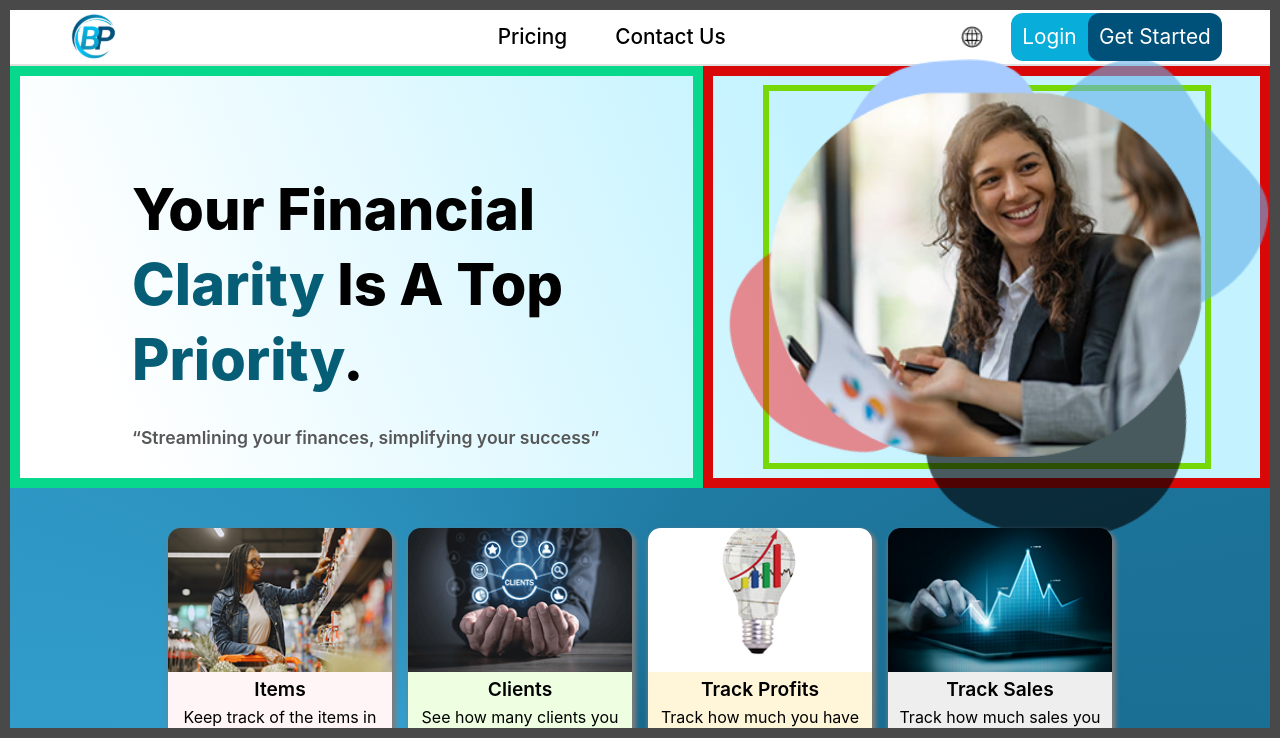
Repository: dark-txch/Bizpadi
Page: /
These files come from the project's save history. The page is drawn as it stood at one moment and after the next save; the edit follows.
The browser window is 1280 px wide. The pictures show the whole page.
The project was rebuilt for these pictures with package versions that can differ from the ones it lists, and the page was loaded fresh each time. Also part of the build but not shown: vite.config.js, src/components/ErrorBoundary.jsx, src/components/LandingPage/PricingPage/Pricing.jsx, src/components/LandingPage/LogInPage/LogIn.jsx.

Above is the page before, as saved 2025-04-09 20:05:15.

### index.html
<!DOCTYPE html>
<html lang="en">
	<head>
		<meta charset="UTF-8" />
		<link rel="icon" type="image/svg+xml" href="/public/logo.svg" />
		<meta name="viewport" content="width=device-width, initial-scale=1.0" />
		<title>Bizpadi</title>
	</head>
	<body>
		<div id="root"></div>
		<script type="module" src="/src/main.jsx"></script>
	</body>
</html>

### src/index.css
:root {
	font-family: system-ui, Avenir, Helvetica, Arial, sans-serif;
	line-height: 1.5;
	font-weight: 400;
	font-size: 16px;

	color-scheme: light dark;
	color: black;
	background-color: white;

	font-synthesis: none;
	text-rendering: optimizeLegibility;
	-webkit-font-smoothing: antialiased;
	-moz-osx-font-smoothing: grayscale;
}

* {
	box-sizing: border-box;
	padding: 0;
	margin: 0;
	outline: none;
	border: none;
}

body {
	height: 100vh;
	width: 100vw;

	font-family: "inter", sans-serif;
}

a {
	text-decoration: none;
}

@font-face {
	font-family: "MyCustomFont";
	src: url("/fonts/Inter/Inter-Italic-VariableFont_opsz,wght.ttf")
			format("truetype"),
		url("/fonts/Inter/Inter-VariableFont_opsz,wght.ttf") format("truetype");
	font-weight: normal;
	font-style: normal;
}

### src/App.jsx
import "./components/LandingPage/LandingPage.css";
import { BrowserRouter as Router, Routes, Route } from "react-router-dom";
import ErrorBoundary from "./components/ErrorBoundary";
// Upper imports are very important
import Nav from "./components/LandingPage/Nav";
import PricingPage from "./components/LandingPage/PricingPage/Pricing";
import LogInPage from "./components/LandingPage/LogInPage/LogIn";
import MidSection from "./components/LandingPage/MidSection";
import Footer from "./components/LandingPage/Footer";

function LandingPage() {
	return (
		<>
			<div className="landingPageContainer">
				<Nav />
				<MidSection />
				<Footer />
			</div>
		</>
	);
}

function App() {
	return (
		<Router>
			<Routes>
				<Route path="/" element={<LandingPage />} />
				<Route path="/pricing" element={<PricingPage />} />
				<Route path="/login" element={<LogInPage />} />
			</Routes>
		</Router>
	);
}

export default App;

### src/components/LandingPage/LandingPage.css
/* DESKTOP WORKFLOW ------------------------------------------------- */
/* ------------------------------------------------------------------------------- */
/* THIS IS THE LANDING PAGE CONTAINER */
.landingPageContainer {
	width: 100vw;
	min-height: 100vh;
	overflow: hidden;
	font-family: "Inter", sans-serif;
	display: grid;
	grid-template-rows: 3.5rem 1fr 15rem;

	border: 10px solid rgb(73, 73, 73);
}
/* -------------------------------------------------------------------------------------------- */
/* MEDIA QUERY FOR MOBILE PHONES -------------------------------------- */
@media (max-width: 850px) {
	/* MAIN CONTAINER */
	.landingPageContainer {
		width: 100%;
		height: auto;
		grid-template-rows: 3.5rem 1fr;
	}
}

### src/components/LandingPage/Nav.jsx
import { Link } from "react-router-dom";
import "./Nav.css";

export default function Nav() {
	return (
		<>
			<nav className="homepage-nav">
				{/* LOGO CONTAINER */}
				<div className="logo">
					<img src="/assets/icons/logo.svg" alt="Bizpadi icon" />
				</div>

				{/* PRICING AND CONTACT US CONTAINER */}
				<div className="pricingContact">
					<Link to="/pricing">Pricing</Link>
					<a href="#">Contact Us</a>
				</div>

				{/* LOGIN AND GET STARTED CONTAINER*/}
				<div className="loginGetStarted">
					<img src="/assets/icons/world.png" alt="world" />
					<Link to="/login">Login</Link>
					<a href="#">Get Started</a>
				</div>
			</nav>
		</>
	);
}

### src/components/LandingPage/MidSection.jsx
import "./MidSection.css";

export default function MidSection() {
	return (
		// PARENT CONTAINER
		<div className="midSection">
			{/* SECTION HOUSING THE HEADING AND PARAGRAPH */}
			<section className="sectionMotto">
				<div className="headingParagraph">
					<h1>
						Your financial <span>clarity</span> is a top <span>priority</span>.
					</h1>
					<p>“Streamlining your finances, simplifying your success”</p>
				</div>
			</section>

			{/* This is the images section in the mid section */}
			<section className="sectionImagesParent">
				<div className="ImageChildrenWrapper">
					<img src="/assets/images/smiley.png" alt="smiley" />
					<img src="/assets/images/Vector-black.png" alt="vector-black" />
					<img src="/assets/images/Vector-blue.png" alt="vector-blue" />
					<img src="/assets/images/Vector-orange.png" alt="vector-orange" />
					<img src="/assets/images/Vector.png" alt="vector" />
				</div>
			</section>
		</div>
	);
}

### src/components/LandingPage/Footer.jsx
import "./Footer.css";

export default function Footer() {
	return (
		<div className="footer">
			{/* The section container is the parent to the features */}
			<section className="footerFeaturesParent">
				{/* 2TH CONTAINER */}
				<div className="singleFeatureContainer ">
					<div className="featureImageContainer">
						<img src="/public/assets/images/client-1.png" alt="client-1" />
					</div>
					<div className="items">
						<h1>Items</h1>
						<p>Keep track of the items in your stock, stay ahead.</p>
					</div>
				</div>

				{/* 2TH CONTAINER */}
				<div className="singleFeatureContainer ">
					<div className="featureImageContainer">
						<img src="/public/assets/images/client-2.png" alt="client-2" />
					</div>
					<div className="clients">
						<h1>Clients</h1>
						<p>
							See how many clients you have, build relationship and deliver
							result.
						</p>
					</div>
				</div>

				{/* 3TH CONTAINER */}
				<div className="singleFeatureContainer ">
					<div className="featureImageContainer">
						<img
							src="/public/assets/images/track-profit.png"
							alt="track-profit"
						/>
					</div>
					<div className="trackProfits">
						<h1>Track Profits</h1>
						<p>
							Track how much you have made in profit to know how to increase
							profit.
						</p>
					</div>
				</div>

				{/* 4TH CONTAINER */}
				<div className="singleFeatureContainer">
					<div className="featureImageContainer">
						<img
							src="/public/assets/images/track-sales.png"
							alt="track-sales"
						/>
					</div>
					<div className=" trackSales">
						<h1>Track Sales</h1>
						<p>Track how much sales you have made.</p>
					</div>
				</div>
			</section>
		</div>
	);
}

### src/components/LandingPage/Nav.css
/* ------------------------------------------------------------------------------------ */
/*  THIS IS THE NAV COMPONENT CSS -----------------------------------------*/
.homepage-nav {
	/* height: 3.5rem; */
	display: flex;
	padding: 0 3rem 0;
	font-size: 1.3rem;
	align-items: center;
	justify-content: space-between;
	border-bottom: 2px solid #e1dfdf;
}

/*  NAV CONTAINER CHILDREN */
.homepage-nav .logo {
	/* LOGO CONTAINER */
	display: flex;
	flex: 1;
	align-self: center;
	height: inherit;
}

.homepage-nav .logo img {
	/*  LOGO IMG */
	height: 100%;
	width: auto;
}

.homepage-nav .pricingContact {
	/* PRICING AND CONTACT US CONTAINER */
	display: flex;
	flex: 3;
	justify-content: center;
	gap: 3rem;
	font-weight: 500;
	line-height: 100%;
	letter-spacing: 0%;
}

.homepage-nav .pricingContact a {
	color: black;
	cursor: pointer;
}

.homepage-nav .pricingContact a:hover {
	color: #09adda;
}

.homepage-nav .loginGetStarted {
	/* LOGIN AND GET STARTED CONTAINER*/
	height: 3rem;
	display: flex;
	flex: 1;
	justify-content: end;
	align-items: center;
	gap: 0.7rem;
	color: white;
	border-radius: 12px;
}

.homepage-nav .loginGetStarted img {
	/* LOGIN AND GET STARTED IMAGE */
	height: 1.5rem;
	transform: translate(1rem, 0);
}

.homepage-nav .loginGetStarted a:nth-of-type(1) {
	/* LOGIN BUTTON */
	background-color: #09adda;
	color: inherit;
	height: inherit;
	border-radius: inherit;
	display: flex;
	align-items: center;
	padding: 0 2rem 0 0.7rem;
	transform: translate(2rem, 0);
}

.homepage-nav .loginGetStarted a:nth-of-type(1):hover {
	background-color: #30d2ff;
	color: rgb(0, 0, 0);
}

.homepage-nav .loginGetStarted a:nth-of-type(2) {
	/* THIS IS THE GET STARTED BUTTON*/
	background-color: #00517a;
	display: flex;
	align-items: center;
	white-space: nowrap;
	color: inherit;
	height: inherit;
	border-radius: inherit;
	padding: 0 0.7rem;
	position: relative;
	z-index: 2;
}

.homepage-nav .loginGetStarted a:nth-of-type(2):hover {
	background-color: #012435;
}

/* -------------------------------------------------------------------------------------------- */
/* MEDIA QUERY */
/* -------------------------------------------------------------------------------------------- */
@media (max-width: 850px) {
	.homepage-nav {
		padding: 0 1.5rem 0 0;
	}

	.homepage-nav .pricingContact {
		gap: 1.8rem;
	}
}
/* -------------------------------------------------------------------------------------------- */
/* THE END */
/* -------------------------------------------------------------------------------------------- */

### src/components/LandingPage/MidSection.css
/* -------------------------------------------------------------------------------------------------- */
/* MIDSECTION -------------------------------------------------------------------------------*/
/* HOUSES THE HEADER AND PARAGRAPH */
.midSection {
	display: flex;
	/* flex-grow: 1; */
	width: 100%;
	background: linear-gradient(246.72deg, #c4f3ff 34.96%, #ffffff 90.24%);
}

/* CONTAINER FOR THE HEADING AND PARAGRAPH */
.sectionMotto {
	width: 55%;
	height: 100%;
	min-width: 50%;
	padding: 6rem 2rem 2rem 7rem;

	border: 10px solid rgb(8, 216, 140);
}

.headingParagraph {
	width: 100%;
	height: 100%;
}

.headingParagraph > h1 {
	font-size: clamp(0.8rem, 5vw, 3.6rem);
	font-weight: 800;
	line-height: 130%;
	text-transform: capitalize;
	margin-bottom: 2rem;
}

.headingParagraph > h1 span {
	color: #065d76;
}

.headingParagraph > p {
	font-weight: 600;
	font-size: clamp(0.8rem, 5vw, 1.1rem);
	line-height: 100%;
	letter-spacing: 0%;
	color: #575757;
}

/*PARENT CONTAINER FOR THE MIDSECTION IMAGES*/
.sectionImagesParent {
	height: 100%;
	width: 45%;

	display: flex;
	justify-content: center;
	align-items: center;

	border: 10px solid rgb(216, 8, 8);
}

/* THIS CONTAINER HOUSES ALL THE IMAGES */
.ImageChildrenWrapper {
	width: 28rem;
	height: auto;
	/* width: 100%; */
	position: relative;
	place-self: center;

	border: 6px solid rgb(119, 216, 8);
}

.ImageChildrenWrapper > img:nth-of-type(1) {
	/* SMILEY IMAGE */
	position: relative;
	border-radius: 9.4rem;
	width: 100%;
	height: auto;
	z-index: 999;
}

.ImageChildrenWrapper > img:nth-of-type(2) {
	/* BLACK VECTOR */
	position: absolute;
	width: 16rem;
	height: 16rem;
	top: 6rem;
	right: 2rem;
	transform: translate(1rem, 6rem) rotate(10deg);
}

.ImageChildrenWrapper > img:nth-of-type(3) {
	/* EGG LIGHT BLUE VECTOR */
	position: absolute;
	width: 13rem;
	height: 13rem;
	top: -4rem;
	right: 7rem;
	transform: translate(-3rem, 2rem);
}

.ImageChildrenWrapper > img:nth-of-type(4) {
	/*ORANGE VECTOR*/
	position: absolute;
	width: 12rem;
	height: 14rem;
	top: 1rem;
	right: 8.3rem;
	transform: translate(-9rem, 8rem) rotate(-15deg);
}

.ImageChildrenWrapper > img:nth-of-type(5) {
	/* BLUE VECTOR TOP RIGHT*/
	position: absolute;
	width: 16rem;
	height: 16rem;
	top: -5rem;
	right: 0;
	transform: translate(4em, 3rem) rotate(2deg);
}

/* -------------------------------------------------------------------------------------------- */
/* MEDIA QUERY */
/* -------------------------------------------------------------------------------------------- */
@media (max-width: 850px) {
	/* HOUSES THE HEADER AND PARAGRAPH */
	.midSection {
		width: 100vw;
		flex-direction: column;
		padding: 0 2rem 0;

		border: 4px solid rgb(25, 0, 255);
	}

	/* CONTAINER FOR THE HEADING AND PARAGRAPH */
	.sectionMotto {
		width: 100%;
		min-height: 30rem;
		display: flex;
		justify-content: center;
		align-items: center;
		text-align: center;
		padding: 8rem 0;
		margin-bottom: 3rem;

		border: 2px solid rgb(33, 34, 33);
	}

	.headingParagraph > h1 {
		font-size: 4rem;
	}

	.headingParagraph > p {
		font-size: 1.3rem;
	}

	/*PARENT CONTAINER FOR THE MIDSECTION IMAGES*/
	.sectionImagesParent {
		width: 100%;
		display: flex;
		justify-content: center;
		margin-bottom: 5rem;

		border: 10px solid rgb(216, 8, 8);
	}

	.ImageChildrenWrapper {
		border: 2px solid yellow;

		width: 40rem;
	}
}
/* -------------------------------------------------------------------------------------------- */
/* THE END */
/* -------------------------------------------------------------------------------------------- */

### src/components/LandingPage/Footer.css
/* -------------------------------------------------------------------------------------------- */
/* FOOTER */
/* -------------------------------------------------------------------------------------------- */
.footer {
	width: 100%;
	height: 100%;
	display: flex;
	justify-content: center;
	padding: 2rem;
	background: conic-gradient(
		from 164.13deg at 41.58% 79.97%,
		#115e80 0deg,
		#3db3e6 3.6deg,
		#115e80 360deg
	);
}

/* FEATURE PARENT CONTAINER*/
.footerFeaturesParent {
	width: 100%;
	height: 20rem;
	display: flex;
	justify-content: center;
	align-items: center;
	gap: 1rem;
	flex-wrap: nowrap;
	z-index: 999;
}

/* CONTAINER FOR THE FEATURES */
.singleFeatureContainer {
	width: 14rem;
	height: 19rem;
	display: flex;
	flex-direction: column;
	border-radius: 0.8rem;
	text-align: center;
	letter-spacing: 0%;
	box-shadow: 2px 4px 4px 2px #7d7d7d;
	overflow: hidden;
}

/* CONTAINER FOR THE IMAGES */
.featureImageContainer {
	height: 9rem;
	flex: 0 0 auto;
}
.featureImageContainer img {
	width: 100%;
	height: 100%;
}

.items,
.clients,
.trackProfits,
.trackSales {
	flex: 1 1 auto;
}

.singleFeatureContainer h1 {
	font-weight: 600;
	font-size: clamp(0.8rem, 5vw, 1.2rem);
	line-height: 100%;
	margin-top: 0.5rem;
}

.singleFeatureContainer p {
	font-weight: 400;
	font-size: clamp(0.8rem, 5vw, 1rem);
	line-height: 130%;
	padding: 0 10px 0;
	margin-top: 0.5rem;
}

/* SEPERATE COLOURS FOR EACH CONTAINER */
.items {
	background-color: #fff5f6;
}
.clients {
	background-color: #eeffe1;
}
.trackProfits {
	background-color: #fff6da;
}
.trackSales {
	background-color: #eeeeee;
}
/* -------------------------------------------------------------------------------------------- */
/* MEDIA QUERY */
/* -------------------------------------------------------------------------------------------- */
@media (max-width: 850px) {
	.footer {
		height: auto;
		padding: 5rem 0;
	}

	/* FEATURE PARENT CONTAINER*/
	.footerFeaturesParent {
		height: auto;
		flex-direction: column;
		gap: 5rem;
	}

	/* CONTAINER FOR THE FEATURES */
	.singleFeatureContainer {
		width: 27rem;
		height: 30rem;
		border-radius: 4rem;
	}

	.featureImageContainer {
		height: 18rem;
	}

	.items,
	.clients,
	.trackProfits,
	.trackSales {
		flex: 1 1 auto;
		padding: 0 2rem;
	}

	.singleFeatureContainer h1 {
		font-size: clamp(0.8rem, 5vw, 2rem);
		padding: 1.5rem 0 1rem;
	}

	.singleFeatureContainer p {
		font-size: clamp(0.8rem, 5vw, 1.1rem);
	}
	/* -------------------------------------------------------------------------------------------- */
	/* THE END */
	/* -------------------------------------------------------------------------------------------- */
}

Loaded but not shown: src/main.jsx (common file)

After the next save:
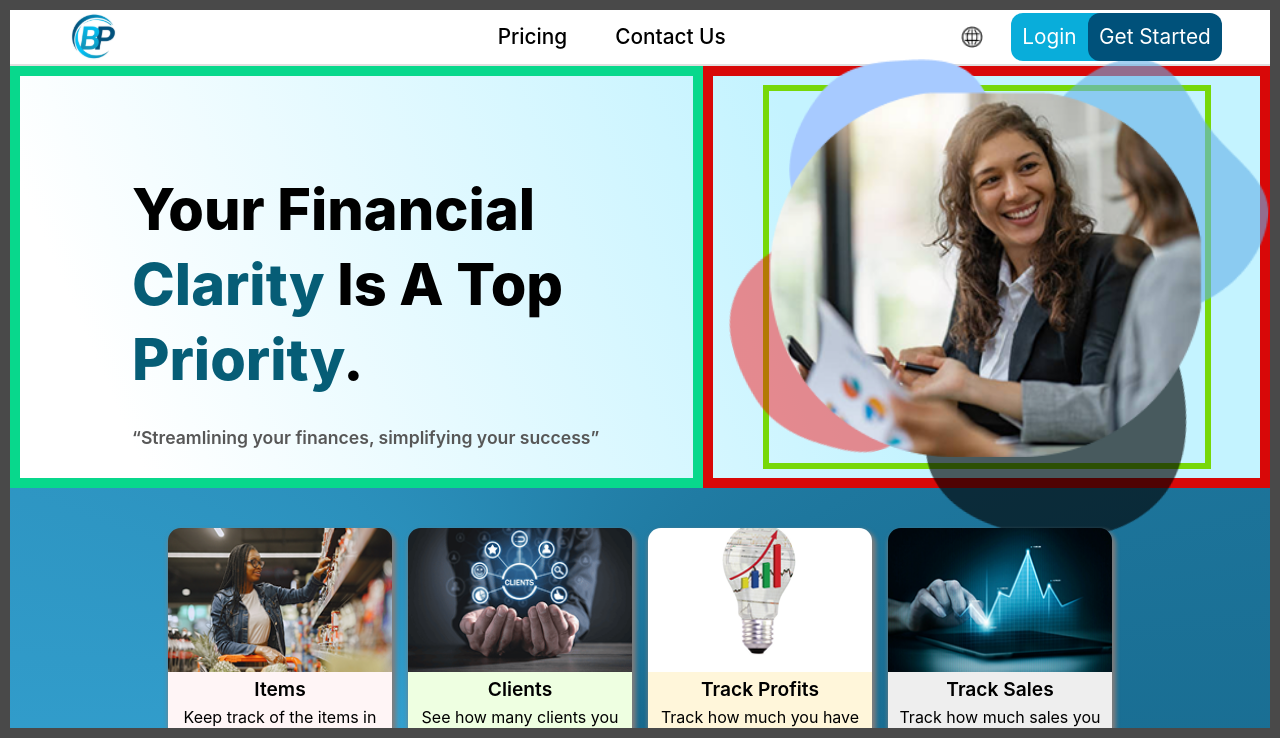
Saved 5 s later.
--- a/src/components/LandingPage/MidSection.css
+++ b/src/components/LandingPage/MidSection.css
@@ -91,7 +91,7 @@
 	width: 13rem;
 	height: 13rem;
 	top: -4rem;
-	right: 7rem;
+	right: 10rem;
 	transform: translate(-3rem, 2rem);
 }
 
